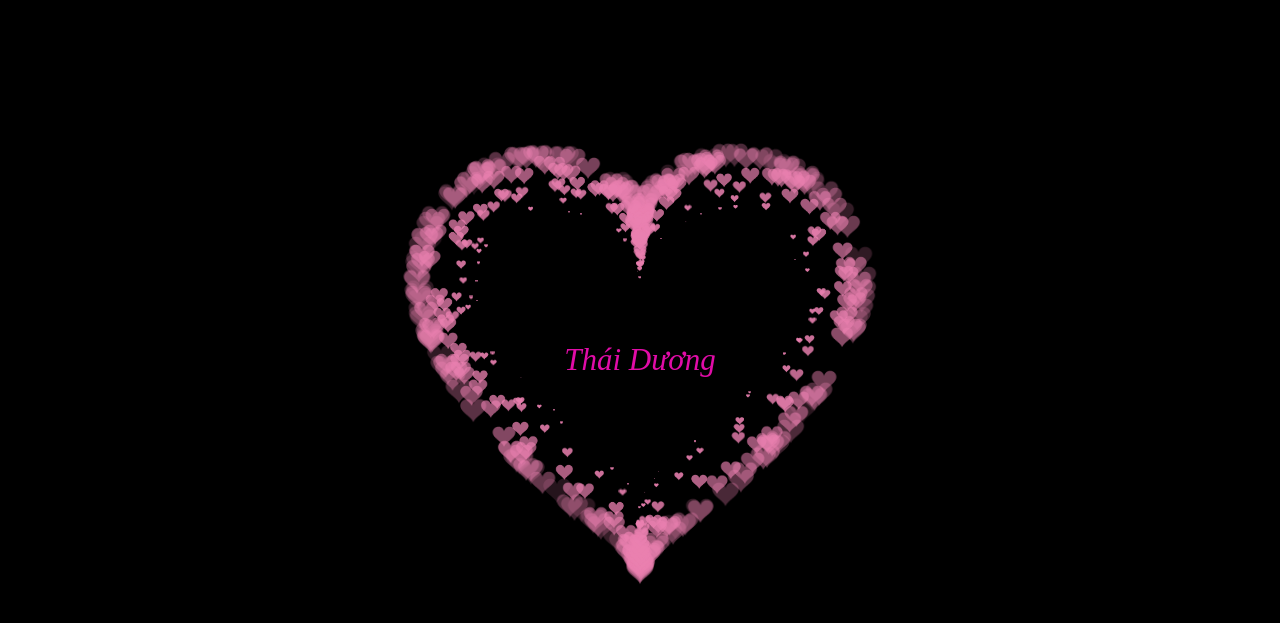
Repository: iamwind-dev/mnghi
Page: index.html
These files come from the project's save history. The page is drawn as it stood at one moment and after the next save; the edit follows.
The browser window is 1280 px wide. The pictures show the whole page.

Above is the page before, as saved 2023-11-05 12:39:25.

### index.html
<!DOCTYPE html>
<html lang="en" >
<head>
  <meta charset="UTF-8">
  <title>CodePen - A Pen by Hàn Kỳ</title>


</head>
<body>
<!-- partial:index.partial.html -->
<!DOCTYPE HTML PUBLIC "-//W3C//DTD HTML 4.0 Transitional//EN">

<HTML>

 <HEAD>

  <TITLE> New Document </TITLE>

  <META NAME="Generator" CONTENT="EditPlus">

  <META NAME="Author" CONTENT="">

  <META NAME="Keywords" CONTENT="">

  <META NAME="Description" CONTENT="">

  <style>

  html, body {

  height: 100%;

  padding: 0;

  margin: 0;

  background: #000;

}

canvas {

  position: absolute;

  width: 100%;

  height: 100%;

}

  </style>

 </HEAD>


 <BODY>

  <canvas id="pinkboard"></canvas>

  <script>

  /*

 * Settings

 */

var settings = {

  particles: {

    length:   500, // maximum amount of particles

    duration:   2, // particle duration in sec

    velocity: 100, // particle velocity in pixels/sec

    effect: -0.75, // play with this for a nice effect

    size:      30, // particle size in pixels

  },

};


/*

 * RequestAnimationFrame polyfill by Erik Möller

 */

(function(){var b=0;var c=["ms","moz","webkit","o"];for(var a=0;a<c.length&&!window.requestAnimationFrame;++a){window.requestAnimationFrame=window[c[a]+"RequestAnimationFrame"];window.cancelAnimationFrame=window[c[a]+"CancelAnimationFrame"]||window[c[a]+"CancelRequestAnimationFrame"]}if(!window.requestAnimationFrame){window.requestAnimationFrame=function(h,e){var d=new Date().getTime();var f=Math.max(0,16-(d-b));var g=window.setTimeout(function(){h(d+f)},f);b=d+f;return g}}if(!window.cancelAnimationFrame){window.cancelAnimationFrame=function(d){clearTimeout(d)}}}());


/*

 * Point class

 */

var Point = (function() {

  function Point(x, y) {

    this.x = (typeof x !== 'undefined') ? x : 0;

    this.y = (typeof y !== 'undefined') ? y : 0;

  }

  Point.prototype.clone = function() {

    return new Point(this.x, this.y);

  };

  Point.prototype.length = function(length) {

    if (typeof length == 'undefined')

      return Math.sqrt(this.x * this.x + this.y * this.y);

    this.normalize();

    this.x *= length;

    this.y *= length;

    return this;

  };

  Point.prototype.normalize = function() {

    var length = this.length();

    this.x /= length;

    this.y /= length;

    return this;

  };

  return Point;

})();


/*

 * Particle class

 */

var Particle = (function() {

  function Particle() {

    this.position = new Point();

    this.velocity = new Point();

    this.acceleration = new Point();

    this.age = 0;

  }

  Particle.prototype.initialize = function(x, y, dx, dy) {

    this.position.x = x;

    this.position.y = y;

    this.velocity.x = dx;

    this.velocity.y = dy;

    this.acceleration.x = dx * settings.particles.effect;

    this.acceleration.y = dy * settings.particles.effect;

    this.age = 0;

  };

  Particle.prototype.update = function(deltaTime) {

    this.position.x += this.velocity.x * deltaTime;

    this.position.y += this.velocity.y * deltaTime;

    this.velocity.x += this.acceleration.x * deltaTime;

    this.velocity.y += this.acceleration.y * deltaTime;

    this.age += deltaTime;

  };

  Particle.prototype.draw = function(context, image) {

    function ease(t) {

      return (--t) * t * t + 1;

    }

    var size = image.width * ease(this.age / settings.particles.duration);

    context.globalAlpha = 1 - this.age / settings.particles.duration;

    context.drawImage(image, this.position.x - size / 2, this.position.y - size / 2, size, size);

  };

  return Particle;

})();


/*

 * ParticlePool class

 */

var ParticlePool = (function() {

  var particles,

      firstActive = 0,

      firstFree   = 0,

      duration    = settings.particles.duration;



  function ParticlePool(length) {

    // create and populate particle pool

    particles = new Array(length);

    for (var i = 0; i < particles.length; i++)

      particles[i] = new Particle();

  }

  ParticlePool.prototype.add = function(x, y, dx, dy) {

    particles[firstFree].initialize(x, y, dx, dy);



    // handle circular queue

    firstFree++;

    if (firstFree   == particles.length) firstFree   = 0;

    if (firstActive == firstFree       ) firstActive++;

    if (firstActive == particles.length) firstActive = 0;

  };

  ParticlePool.prototype.update = function(deltaTime) {

    var i;



    // update active particles

    if (firstActive < firstFree) {

      for (i = firstActive; i < firstFree; i++)

        particles[i].update(deltaTime);

    }

    if (firstFree < firstActive) {

      for (i = firstActive; i < particles.length; i++)

        particles[i].update(deltaTime);

      for (i = 0; i < firstFree; i++)

        particles[i].update(deltaTime);

    }



    // remove inactive particles

    while (particles[firstActive].age >= duration && firstActive != firstFree) {

      firstActive++;

      if (firstActive == particles.length) firstActive = 0;

    }





  };

  ParticlePool.prototype.draw = function(context, image) {

    // draw active particles

    if (firstActive < firstFree) {

      for (i = firstActive; i < firstFree; i++)

        particles[i].draw(context, image);

    }

    if (firstFree < firstActive) {

      for (i = firstActive; i < particles.length; i++)

        particles[i].draw(context, image);

      for (i = 0; i < firstFree; i++)

        particles[i].draw(context, image);

    }

  };

  return ParticlePool;

})();


/*

 * Putting it all together

 */

(function(canvas) {

  var context = canvas.getContext('2d'),

      particles = new ParticlePool(settings.particles.length),

      particleRate = settings.particles.length / settings.particles.duration, // particles/sec

      time;



  // get point on heart with -PI <= t <= PI

  function pointOnHeart(t) {

    return new Point(

      160 * Math.pow(Math.sin(t), 3),

      130 * Math.cos(t) - 50 * Math.cos(2 * t) - 20 * Math.cos(3 * t) - 10 * Math.cos(4 * t) + 25

    );

  }



  // creating the particle image using a dummy canvas

  var image = (function() {

    var canvas  = document.createElement('canvas'),

        context = canvas.getContext('2d');

    canvas.width  = settings.particles.size;

    canvas.height = settings.particles.size;

    // helper function to create the path

    function to(t) {

      var point = pointOnHeart(t);

      point.x = settings.particles.size / 2 + point.x * settings.particles.size / 350;

      point.y = settings.particles.size / 2 - point.y * settings.particles.size / 350;

      return point;

    }

    // create the path

    context.beginPath();

    var t = -Math.PI;

    var point = to(t);

    context.moveTo(point.x, point.y);

    while (t < Math.PI) {

      t += 0.01; // baby steps!

      point = to(t);

      context.lineTo(point.x, point.y);

    }

    context.closePath();

    // create the fill

    context.fillStyle = '#ea80b0';

    context.fill();

    // create the image

    var image = new Image();

    image.src = canvas.toDataURL();

    return image;

  })();



  // render that thing!

  function render() {

    // next animation frame

    requestAnimationFrame(render);



    // update time

    var newTime   = new Date().getTime() / 1000,

        deltaTime = newTime - (time || newTime);

    time = newTime;



    // clear canvas

    context.clearRect(0, 0, canvas.width, canvas.height);



    // create new particles

    var amount = particleRate * deltaTime;

    for (var i = 0; i < amount; i++) {

      var pos = pointOnHeart(Math.PI - 2 * Math.PI * Math.random());

      var dir = pos.clone().length(settings.particles.velocity);

      particles.add(canvas.width / 2 + pos.x, canvas.height / 2 - pos.y, dir.x, -dir.y);

    }



    // update and draw particles

    particles.update(deltaTime);

    particles.draw(context, image);

  }



  // handle (re-)sizing of the canvas

  function onResize() {

    canvas.width  = canvas.clientWidth;

    canvas.height = canvas.clientHeight;

  }

  window.onresize = onResize;



  // delay rendering bootstrap

  setTimeout(function() {

    onResize();

    render();

  }, 10);

})(document.getElementById('pinkboard'));

  </script>
<div class="center-text",
  style="background-color:rgb(0, 0, 0);
        width: 100%;
        color: rgb(225, 12, 168);
        height:100%;
        font-size: 31px;
        font-style: italic;
        display: flex;
        align-items: center;
        justify-content: center;
        margin-bottom: 5px;
        text-align: center;">Thái Dương </div>

 </BODY>

</HTML>
<!-- partial -->

</body>
</html>

After the next save:
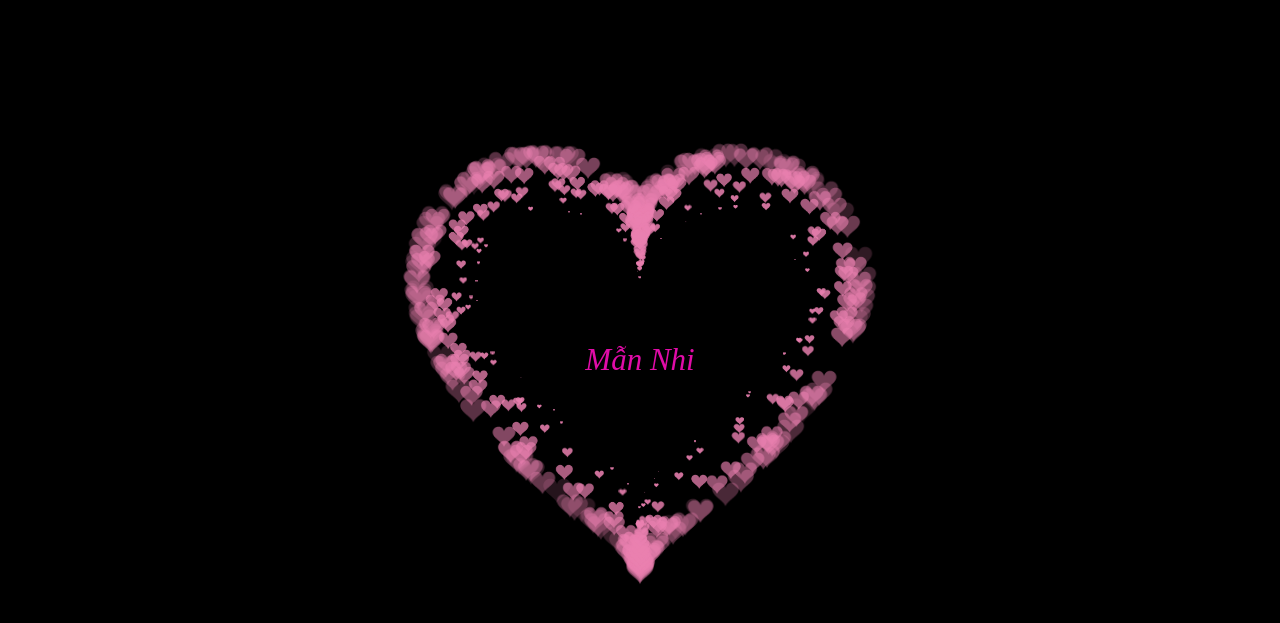
Saved 13 s later.
--- a/index.html
+++ b/index.html
@@ -536,7 +536,7 @@ var ParticlePool = (function() {
         align-items: center;
         justify-content: center;
         margin-bottom: 5px;
-        text-align: center;">Thái Dương </div>
+        text-align: center;">Mẫn Nhi</div>
 
  </BODY>
 
